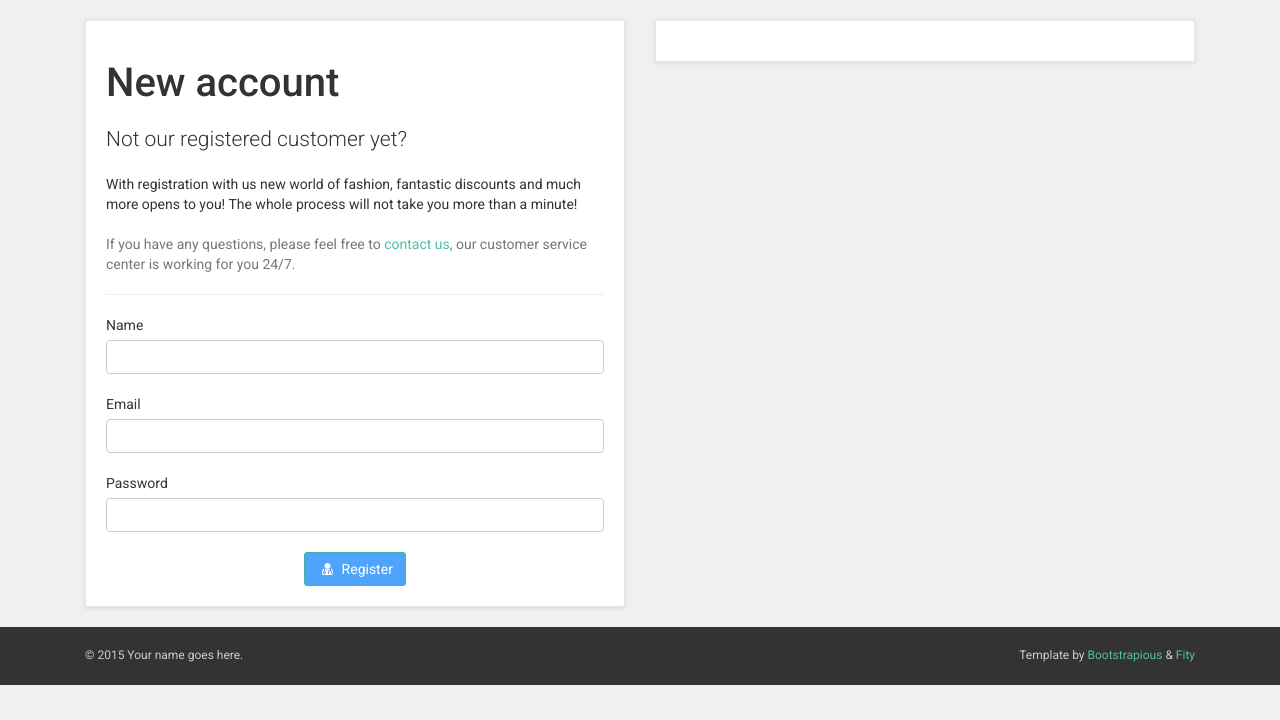
Repository: Sagnikb9/JavaDevops-Ecommerce
Page: http://localhost/MedioxyPharm/register
An editor plug-in stored every save of this project. The page is shown before and after the next save, followed by the edit.
The browser window is 1280 px wide. The pictures show the whole page.
The page is served by Tomcat 9.

Above is the page before, as saved 2017-10-01 23:27:23.

After the next save:
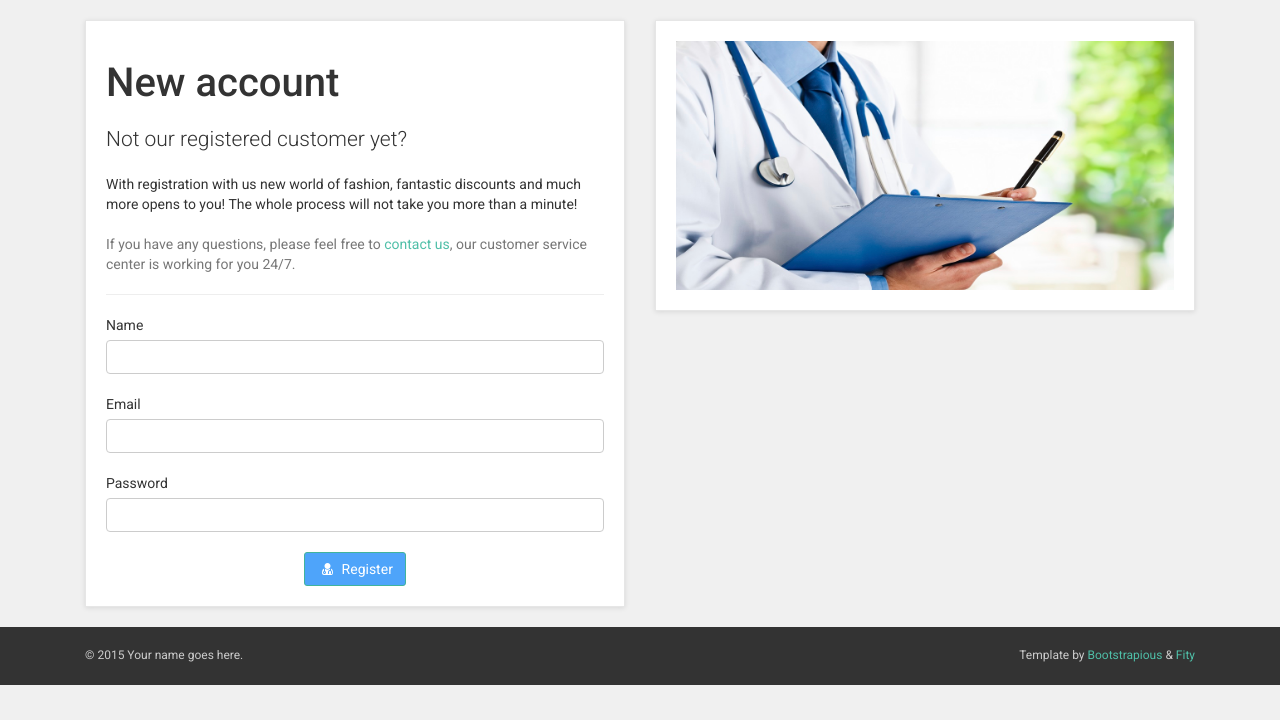
Saved 43 s later.
--- a/MedioxyPharm/src/main/webapp/WEB-INF/views/register.jsp
+++ b/MedioxyPharm/src/main/webapp/WEB-INF/views/register.jsp
@@ -91,7 +91,7 @@
 
 <div class="col-md-6">
                     <div class="box">
-
+                        <img src="img/img2.jpg" alt="" class="img-responsive">
                     </div>
                 </div>
 
